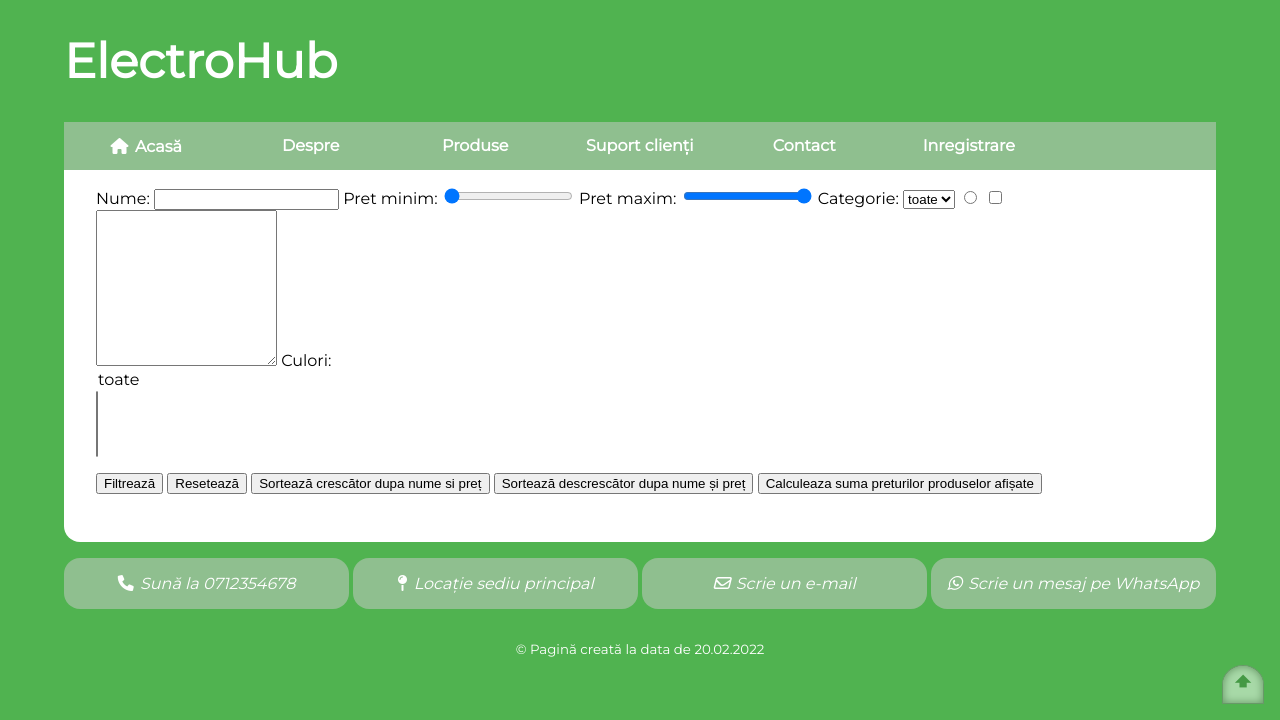
Repository: alexbanilean/Proiect-TW---ElectroHub
Page: http://localhost/produse
These files come from the project's save history. The page is drawn as it stood at one moment and after the next save; the edit follows.
The browser window is 1280 px wide. The pictures show the whole page.
The page is served by the project's Node server (index.js). Queries for data that is not in the repository find no rows.

Above is the page before, as saved 2022-05-09 21:55:56.
Console error: TypeError: Cannot set properties of null (setting 'onclick')

### views/pagini/produse.ejs
<!DOCTYPE html>
<html  lang="ro">
    <head>
        <meta name="description" content="Universul electronicelor și electrocasnicelor la cele mai bune prețuri.">
        <meta name="keywords" content="electronice, electrocasnice, telefoane, tablete, jocuri, televizoare, smartphone">
        <title>ElectroHub</title>
        <%- include("../fragmente/head"); %>
        <link rel="stylesheet" type="text/css" href="/resurse/css/produse.css"/>
        <script type="text/javascript" src="/resurse/js/produse.js"></script>
    </head>

    <body>

    <%- include("../fragmente/header") %>

    <main>

        <!--<label> Maxim calorii: <input type="number" id="inp-calorii" value="10000"></label>-->
        <!-- <div> Calorii: trebuie sa aiba acelasi name ca sa formeze un grup
            <p><label>Dietetic (calorii &lt; 350)
                <input id="i_rad1"  name="gr_rad" value="0:350" type="radio"/>
            </label></p>
            <p><label>Mediu (350 &le; calorii &lt; 700)
                <input id="i_rad2"  name="gr_rad" value="350:750" type="radio"/>
            </label>
            <p><label>Ridicat caloric (700 &le; calorii)
                <input id="i_rad3" name="gr_rad" value="700:1000000000" type="radio"/>
            </label>
            <p><label>Toate
                <input id="i_rad4" checked name="gr_rad" value="toate" type="radio"/>
            </label>
        </div> -->

        <p>
            <label>Nume: <input type="text" id="inp-nume"></label>

            <label>Pret minim: <input type="range" id="inp-pret-min" value="0" min="0"  max="5000"><span id="infoRangeMin"></span></label>

            <label>Pret maxim: <input type="range" id="inp-pret-max" value="5000" min="0"  max="5000"><span id="infoRangeMax"></span></label>

            <label>Categorie:
                <select id = "inp-categorie">
                    <option id = "sel-toate" selected value = "toate">toate</option>
                    <% for (let opt of locals.optiuni) { %>
                        <option value = "<%- opt.unnest %>"><%- opt.unnest %> </option>
                    <% } %>
                </select>
            </label>

            <label> <input type = "radio"> </label>

            <label> <input type = "checkbox"> </label>

            <label> <textarea id = "txtArea" rows = "10" colors = "10"></textarea> </label>

            <label>
                <datalist id = "browsers">
                    <option value = "Edge">
                    <option value = "Firefox">
                    <option value = "Chrome">
                    <option value = "Opera">
                    <option value = "Safari">
                </datalist>
            </label>

            <label>Culori:
                <option id = "sel-toate" selected value = "toate">toate</option>
                <select multiple id = "inp-culori" width="20">
                    <% for (let col of locals.culori) { %>
                        <option value = "<%- col.unnest %>"><%- col.unnest %> </option>
                    <% } %>
                </select>
            </label>

        </p>

        <p>
            <button id="filtrare">Filtrează</button>
            <button id="resetare">Resetează</button>
            <button id="sortCrescNume">Sortează crescător dupa nume si preț</button>
            <button id="sortDescrescNume">Sortează descrescător dupa nume și preț</button>
            <button id="p-suma">Calculeaza suma preturilor produselor afișate</button>
        </p>

        <!-- my code below -->

        <section id="produse">
            <div class="grid-produse">
                <% for(let prod of locals.produse) { %>
                    <article class="produs">
                        <h3 class="nume"><a href="/produs/<%-prod.id %>"><span class="val-nume"><%- prod.nume%></span></a></h3>
                        <p class="categorie">Categorie: <span class="val-categorie"><%- prod.categorie %></span></p>

                        <div class="grid-intern">
                            <figure class="imag-produs">
                                <a href="produs/<%-prod.id %>" ><img src="/resurse/imagini/produse/<%- prod.imagine %>" alt="[imagine <%- prod.nume %>]" /></a>
                            </figure>

                            <table class="info-prod">
                                <tbody>
                                    <tr>
                                        <td>
                                            <span class="pret">Pret:</span>
                                        </td>
                                        <td>
                                            <span class="val-pret"><%- prod.pret %> RON</span>
                                        </td>
                                    </tr>

                                    <tr>
                                        <td>
                                            <span class="culoare">Culoare:</span>
                                        </td>
                                        <td>
                                            <span class="val-culoare"><%- prod.culoare %></span>
                                        </td>
                                    </tr>

                                    <tr>
                                        <td>
                                            <span class="descriere">Descriere:</span>
                                        </td>
                                        <td>
                                            <span class="val-descriere"><%- prod.descriere %></span>
                                        </td>
                                    </tr>

                                    <tr>
                                        <td>
                                            <span class="data_adaugare">Data adăugare:</span>
                                        </td>
                                        <td>
                                            <span class="val-data_adaugare"><time><%- `${prod.data_adaugare.getDate()}/${locals.luni[prod.data_adaugare.getMonth()]}/${prod.data_adaugare.getFullYear()} (${locals.zile[prod.data_adaugare.getDay()]})` %></time></span>
                                        </td>
                                    </tr>

                                    <tr>
                                        <td>
                                            <span class="premium">Premium:</span>
                                        </td>
                                        <td>
                                            <span class="val-premium">
                                                <% if(prod.premium == 'true') { %>
                                                    <%- 'Da' %>
                                                <% } else { %>
                                                    <%- 'Nu' %>
                                                <% } %>
                                            </span>
                                        </td>
                                    </tr>
                                </tbody>
                            </table>

                            <label class="selecteaza-cos">
                                Selectează:<br/>
                                <input type="checkbox" class="select-cos" value="<%-prod.id %>" autocomplete="off">
                            </label>
                        </div>
                    </article>
                <% } %>
            </div>
        </section>
    </main>

    <%- include("../fragmente/footer") %>
    </body>
</html>

### views/fragmente/head.ejs
<meta charset="utf-8">
<meta name="author" content="Alexandru Bănilean">

<link rel="apple-touch-icon" sizes="180x180" href="/resurse/ico/apple-touch-icon.png">
<link rel="icon" type="image/png" sizes="32x32" href="/resurse/ico/favicon-32x32.png">
<link rel="icon" type="image/png" sizes="16x16" href="/resurse/ico/favicon-16x16.png">
<link rel="manifest" href="/resurse/ico/site.webmanifest">
<link rel="mask-icon" href="/resurse/ico/safari-pinned-tab.svg" color="#5bbad5">
<link rel="shortcut icon" href="/resurse/ico/favicon.ico">
<meta name="msapplication-TileColor" content="#da532c">
<meta name="msapplication-config" content="./resurse/ico/browserconfig.xml">
<meta name="theme-color" content="#ffffff">

<link rel="stylesheet" href="/resurse/css/general.css" type="text/css"/>
<link rel="stylesheet" href="/resurse/css/general-1200.css" type="text/css" media="screen and (max-width:1200px)"/>
<link rel="stylesheet" href="/resurse/css/general-500.css" type="text/css" media="screen and (max-width:500px)"/>
<link rel="stylesheet" href="/resurse/css/nav.css" type="text/css"/>
<link rel="stylesheet" href="/resurse/css/nav-500.css" type="text/css" media="screen and (max-width:500px)"/>
<link rel="stylesheet" href="/resurse/css/galerie_statica.css" type="text/css"/>
<link rel="stylesheet" href="/resurse/css/print_style.css" type="text/css"/>

<link rel="stylesheet" href="https://use.fontawesome.com/releases/v6.0.0/css/all.css"/>
<link rel="stylesheet" href="https://fonts.googleapis.com/css?family=Montserrat"/>

<script src="/resurse/js/tema.js"></script>

### views/fragmente/header.ejs
<script>
    var tema=localStorage.getItem("tema");
    if(tema)
        document.body.classList.add("dark");
    else
        document.body.classList.remove("dark");
</script>

<header>
    <h1>ElectroHub</h1>
</header>

<nav>

    <label id="hamburger" for="ch-menu">
        <img src="/resurse/imagini/hamburger_icon_alb.png" alt="menu">
    </label>
    <input id="ch-menu" type="checkbox">

    <ul class="meniu">
        <li><div class="home-button"><a href="/index"><span class="text-home-button">Acasă</span></a></div></li>
        <li><div><a href="/despre">Despre</a></div>
            <ul>
                <li><a href="/despre#prezentare">Prezentare</a></li>
                <li><a href="/despre#istoric">Istoric</a></li>
                <li><a href="/despre#galerie">Galerie</a></li>
            </ul>
        </li>
        <li><div><a href="/produse">Produse</a></div>
            <ul>
                <li><a href="/produse">Toate</a></li>
                <% for(let categ of locals.categorii_meniu) { %>
                    <li><a href="/produse/<%-categ.unnest%>" style="text-transform: capitalize;"><%-categ.unnest%></a></li>
                <% } %>
            </ul>
        </li>
        <li><a href="/suport_clienti">Suport clienți</a></li>
        <li><a href="/contact">Contact</a></li>
        <li><a href="/inregistrare">Inregistrare</a></li>



        <% if(locals.utilizator){ %>
            <li>
                <div><%- locals.utilizator.username %></div>
                <ul>
                    <li><a href="/profil">Profil</a></li>
                    <li><a href="/logout">Logout</a></li>
                    <% if(locals.utilizator && locals.utilizator.rol == "admin") { %>
                    <li><a href="/useri">Useri</a></li>
                    <% } %>

                </ul>
            </li>
        <% } %>
    </ul>
</nav>

<p id="banner"></p>

### views/fragmente/footer.ejs
<footer>
    <address>
        <a href="tel:+40712354678" class="apel">
            <i class="fa-solid fa-phone fa-shake-hover" style="font-weight:600;padding-right:0.4rem;"></i>Sună la 0712354678</a>
        <a href="https://www.google.com/maps/place/Faculty+of+Mathematics+and+Informatics+-+University+of+Bucharest/@44.4355355,26.0995867,15z/data=!4m5!3m4!1s0x0:0x493984726f0235f9!8m2!3d44.4355355!4d26.0995867" class="locatie">
            <i class="fa-solid fa-map-pin fa-bounce" style="font-weight:600;padding-right:0.4rem;"></i>Locație sediu principal</a>
        <a href="mailto::clienti.electrohub@gmail.com" class="mail">Scrie un e-mail</a>
        <a href="https://api.whatsapp.com/send?phone=40712354678" class="mesaj">Scrie un mesaj pe WhatsApp</a>
    </address>

    <a href="#" id="link-top"><div class="tooltip"><span class="tooltiptext">Înapoi în partea de sus a paginii</span></div></a>

    <p class="copyright-info"><small>&copy; Pagină creată la data de <time datetime="2022-02-20">20.02.2022</time></small></p>
</footer>

### resurse/css/nav.css
body{
    --inaltime-meniu: 3rem;
}

nav ul.meniu ul{
    display: none;
    position: absolute;
    width: 100%;
}

nav{
    height: var(--inaltime-meniu);
    width: 100%;
    top: 0;
    padding: 0;
    background-color: var(--button-color);
    z-index: 10;
    position: sticky;
}

nav ul.meniu>li{
    float: left;
    width: 14.28%;
    position: relative;
}

nav ul, nav li{
    padding: 0;
    margin: 0;
}

nav ul.meniu li{
    text-align: center;
    list-style-type: none;
    background-color: var(--button-color);
    cursor: pointer;
}

nav>ul.meniu>li>a{
    overflow: hidden;
}

nav ul.meniu li, nav ul.meniu div, nav ul.meniu a{
    text-decoration: none;
    color: var(--c2-text);
    display: block;
    font-weight: bold;

    height: var(--inaltime-meniu);
    line-height: var(--inaltime-meniu);
}

ul.meniu>li>div:hover, ul.meniu>li>a:hover{
    box-shadow: 1px 1px 5px 1px inset var(--c2-text), -1px -1px 5px 1px inset var(--c2-text);
}

ul.meniu a, ul.meniu div{
    transition: background 200ms linear;
}

nav ul.meniu>li:hover>ul{
    display: block;
    animation-name: aparitie_submeniu;
    animation-iteration-count: 1;
    animation-duration: 200ms;
    animation-timing-function: linear;
    transform-origin: top center;
}

nav ul.meniu>li:hover>ul li a::before{
    content:'\2192';
    display: inline-block;
    padding-right: 0.4rem;

}

nav ul.meniu>li:hover>ul li{
    overflow: hidden;
}

nav ul.meniu>li:hover>ul li a:hover::before{
    content:'\2192';
    padding-right: 0.4rem;

    animation-name: animatie_sageata_submeniu;
    animation-iteration-count: 1;
    animation-duration: 400ms;
    animation-timing-function: linear;
}

.home-button>a::before{
    display: inline-block;
    font-family: "Font Awesome 6 Free";
    padding-right: 0.4rem;
    content:'\f015';
}

#hamburger{
    display: none;
    height: var(--inaltime-meniu);
}

#ch-menu{
    display: none;
}

#hamburger img{
    height: 100%;
    width: auto;
}

@keyframes aparitie_submeniu{
    0%{
        opacity: 0;
        transform: scaleY(0);
    }
    100%{
        opacity: 1;
        transform: scaleY(1);
    }
}

@keyframes animatie_sageata_submeniu{
    0%{transform: translateX(-2rem);}
    100%{transform: translateX(0);}
}

### resurse/css/galerie_statica.css
#galerie_statica{
    display: grid;
    grid-template-columns: repeat(3, 1fr);
    gap: 10px;
    width: 100%;
}

#galerie_statica img{
    width: 100%;
    height: 100%;
}

#galerie_statica figure{
    width: 100%;
    height: 85%;
    margin: 0;
    padding: 0;
}

#galerie_statica>a:nth-child(5){
    grid-area: 2/3/3/4;
}

#galerie_statica>a:nth-child(6){
    grid-area: 3/1/4/2;
}

#galerie_statica>a:nth-child(7){
    grid-area: 3/3/4/4;
}

#galerie_statica>a:nth-child(8){
    grid-area: 4/1/5/2;
}

#galerie_statica>a:nth-child(9){
    grid-area: 4/2/5/3;
}

#galerie_statica>a:nth-child(10){
    grid-area: 4/3/5/4;
}

#galerie_statica{
    counter-reset: nr_imag;
}

#galerie_statica figcaption::before{
    content: counter(nr_imag, upper-roman) ". ";
    counter-increment: nr_imag;
    padding-right: 3px;
}

#galerie_statica figure figcaption{
    text-align: center;
    width:100%;
}

#galerie_statica figure:hover{
    transform: scale(1.25, 1.25) rotate(-10deg);
    border: 4px solid black;
    transition: all 1200ms linear;
}

#galerie_statica>a{
    text-decoration: none;
    color: inherit;
}

@media screen and (max-width: 800px){
    #galerie_statica{
        display: grid;
        grid-template-columns: repeat(2, 1fr);
    }
}

@media screen and (max-width: 500px){
    #galerie_statica{
        display: grid;
        grid-template-columns: 1fr;
    }
}

### resurse/css/print_style.css
#watermark, #banner{
    display:none;
}

@media print{

    html, body{
        width: 210mm;
        overflow: visible !important;
    }

    a{
        text-decoration: none;
        color: auto;
    }

    #link-top, video, iframe, #prezentari, figure, image, table{
        display: none;
    }

    details ol, :hover{
        display: block;
    }

	h1{
		margin-top: 50%;
		text-align:center;
	}

    nav{
        page-break-after: always;
    }

    nav u.meniu ul li{
        display: block;
    }

	#banner{
		position: absolute;
		display: inline-block;
        overflow: visible;
        width:50%;

        top: 0;
		right: 0;
	}
	#banner::after{
		content:"Acesta este un proiect școlar.";
        display: inline-block;
		position: absolute;

		font-size:10px;
        border:5px double black;

        padding: 5%;

        top: 0;
        right: 0;
	}

    #watermark{
        display: flex;
        flex-direction: column;
        position: fixed;
        align-items: center;
        justify-content: center;

        color: rgba(0,0,0,0.3);

        width: 60%;
        height: 10%;

        top: 0;
        left: 0;
    }

    #watermark::after{
        content: "Banilean Alexandru";
        display: block;
        text-align: center;
        padding: 5%;
        opacity: 0.3;

        color: rgba(0,0,0,0.3);

        border: 2px solid black;
        border-radius: 8px;
    }

	footer{
		page-break-before: always;
	}
}

@page {
    size: A4 portrait;
    margin-bottom:2cm;
    margin-top:2cm;
    counter-increment: page;

}
@page:left{

    margin-left:2cm;
    margin-right:1cm;
}
@page:right{

    margin-right:2cm;
    margin-left:1cm;
}

### resurse/css/produse.css
main{
    --padd-main: 2rem;
    padding-left: var(--padd-main);
    padding-right: var(--padd-main);
}

.grid-produse{
    display:grid;
    grid-template-columns: 1fr 1fr;
    grid-gap:1rem;
}
.grid-produse .produs{
    border-radius: 2rem;
    box-shadow: 0px 0px 0.5rem 0.2rem grey;
    overflow: hidden;
}

.grid-produse .produs h3{
    background-color: var(--medium-color);
    text-align: center;
    margin-top: 0;
    padding-top: 0.5rem;
    padding-bottom: 0.5rem;
}

.grid-produse .produs h3 a{
    color: var(--c2-text);
    text-decoration: none;
}

.grid-produse .produs h3 a:hover{
    color:var(--vivid-color);
}
.grid-produse .produs figure{
    text-align: center;
}

/* .grid-produse .produs figure img{
    border:1px solid grey
} */

.grid-produse .produs .info-prod{
    display:flex;
    width: 90%;
    /* text-align:center; */

    border-collapse: separate;

    font-weight: bold;
    padding-top: 2rem;
}

.grid-produse .produs p.categorie{
    text-align:center;
    font-weight:bold;
}

.grid-intern{
    display:grid;
    grid-template-columns: 1fr 1fr;
    grid-gap:1rem;
}

.grid-intern>figure img{
    width: 100%;
    height: auto;
}

.produs{
    position: relative;
}
.selecteaza-cos{
    display: inline-block;
    position: absolute;
    bottom: 0.5rem;
    right: 0.5rem;
    border-radius: 0.5rem;
    text-align: center;
    padding: 0.3rem;
    border: 1px solid transparent;
}

### resurse/css/general-1200.css
html{
    font-size: 14px;
}

body{
    --body-padding: 1.5rem;
    margin: 0;
}

#tabel>div{
    overflow-x: scroll;
}

#link-top{
    right: 1.7rem;
}

#link-top>.tooltip{
    right: 1.8rem;
}

.text-home-button{
    display: none;
}

.home-button>a::before{
    padding-left: 0.4rem;
}

### resurse/css/general-500.css
html{
    font-size: 10px;
}

body{
    --body-padding: 0;
}

h1{
    text-align: center;
}

#grid-pagina{
    display: block;
}

section{
    margin-top: 1rem;
}

#tabel>div{
    overflow-x: scroll;
}

.taburi-iframe a{
    text-decoration: none;
    width: 75px;
}

#link-top{
    right: 0.3rem;
}

#link-top>.tooltip{
    right: 0.4rem;
}

### resurse/css/nav-500.css
#hamburger{
    display: block;
}

ul.meniu{
    display: none;
    position: absolute;
    width: 100%;
}

/* aparitie meniu */

#ch-menu:checked+ul.meniu{
    display: block;
    z-index: 2;
    position: absolute;
    transform-origin: 0 0;

    animation-name: aparitie_meniu;
    animation-iteration-count: 1;
    animation-timing-function: linear;
    animation-fill-mode: forwards;
    animation-duration: 300ms;
}

#ch-menu:checked+ul.meniu>li>div, #ch-menu:checked+ul.meniu>li>a{
    z-index: 2;
    position: relative;
}

/* display over content meniu */

nav ul.meniu li{
    width: 100%;
}

nav ul.meniu>li ul{
    position: absolute;
    width: 100%;
    z-index: 200;
}

#ch-menu:checked+ul.meniu>li ul>*{
    position: relative;
    z-index: 200;
}

nav ul.meniu>li:hover>ul{
    z-index: 200;
    animation: none;
}

/* modificari sageata + boxshadow */

nav ul.meniu>li:hover>ul li a::before{
    content: none;
}

nav ul.meniu>li:hover>ul li a:hover::before{
    animation: none;
    content: none;
}

ul.meniu>li :hover{
    box-shadow: 1px 1px 5px 1px inset var(--c2-text), -1px -1px 5px 1px inset var(--c2-text);
}

@keyframes aparitie_meniu{
    0%{transform: scale(0,0);}
    100%{transform: scale(1,1);}
}

Loaded but not shown: resurse/json/galerie.json (97 lines, source omitted); resurse/json/erori.json (35 lines, source omitted); index.js (658 lines, source omitted); resurse/js/produse.js (331 lines, source omitted); resurse/js/tema.js (11 lines, source omitted); resurse/css/general.css (482 lines, source omitted)

After the next save:
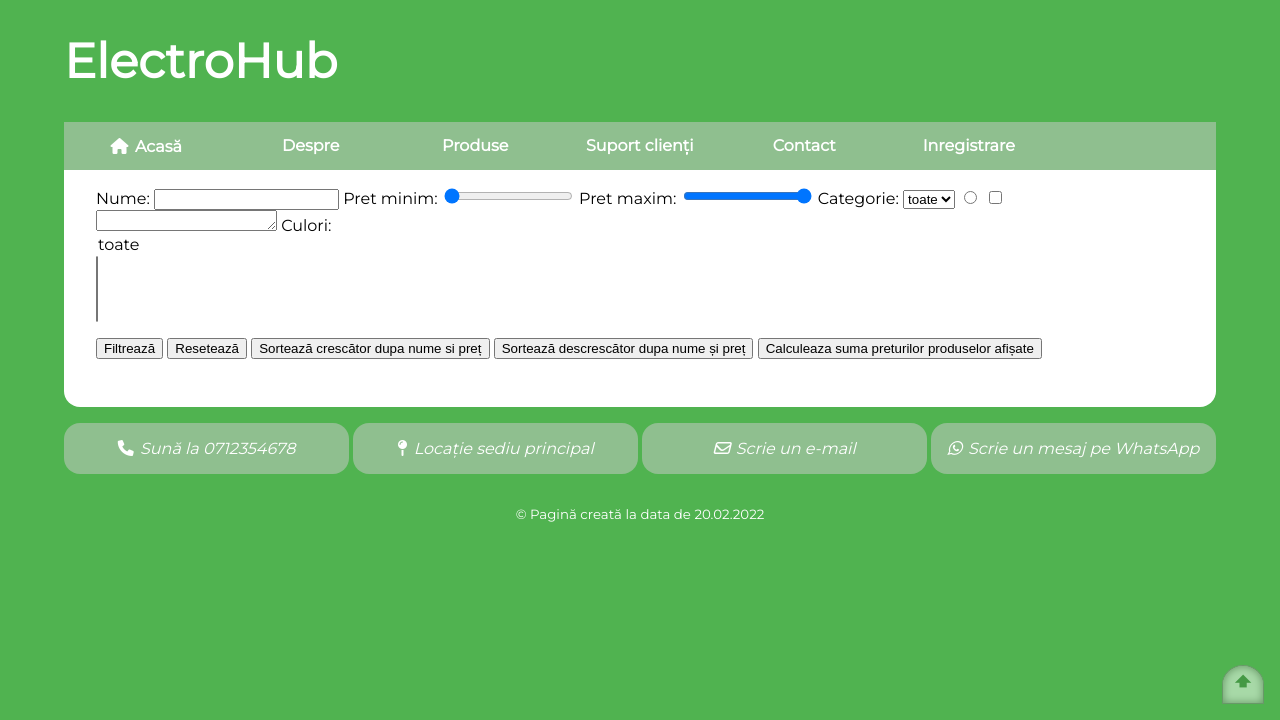
Saved 30 s later.
--- a/views/pagini/produse.ejs
+++ b/views/pagini/produse.ejs
@@ -51,7 +51,7 @@
 
             <label> <input type = "checkbox"> </label>
 
-            <label> <textarea id = "txtArea" rows = "10" colors = "10"></textarea> </label>
+            <label> <textarea id = "txtArea" rows = "1" colors = "10"></textarea> </label>
 
             <label>
                 <datalist id = "browsers">
